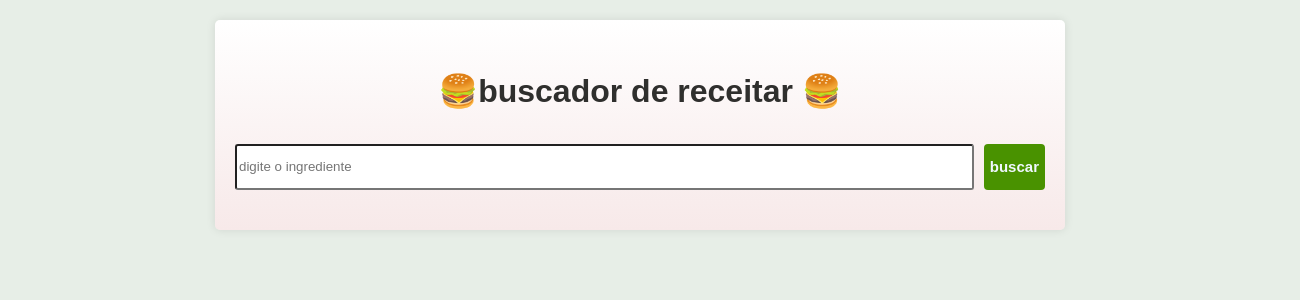
Repository: RoneT9/Receitas
Page: receita.html
An editor plug-in stored every save of this project. The page is shown before and after the next save, followed by the edit.
The browser window is 1280 px wide. The page is 1280 px wide, then 1300 px, so the pictures cover 1300 px, including what lies to the right of the window. The pictures show the whole page.

Above is the page before, as saved 2026-02-09 22:29:22.

### receita.html
<!doctype html>
<html lang="en">
  <head>
    <meta charset="UTF-8" />
    <meta name="viewport" content="width=device-width, initial-scale=1.0" />
    <link rel="stylesheet" href="receita.css" />
    <title>Document</title>
  </head>
  <body>
    <main class="container">
      <h1>buscador de receitar</h1>
      <form class="search-form">
        <input type="text" placeholder="digite o ingrediente" class="seach-ipunt" />
        <button class="btn" type="submit">buscar</button>
      </form>
      <div class="loading"></div>
      <div class="recipe-list"></div>
      <div class="recipe- details"></div>
    </main>
  </body>
  <script src="receita.js"></script>
</html>

### receita.css
body {
  margin: 0;
  padding: 20px;
  line-height: 1.9;
  font-family: sans-serif;
  background-color: rgb(231, 238, 231);
}

.container {
  background: linear-gradient(to top, rgb(247, 233, 233), white);
  max-width: 810px;
  margin: 0 auto;
  padding: 20px;
  box-shadow: 0 0 10px rgba(0, 0, 0, 0.1);
  border-radius: 5px;
}

h1 {
  color: rgb(47, 47, 45);
  text-align: center;
}

.search-form {
  display: flex;
  gap: 10px;
  margin-bottom: 20px;
}

.seach-ipunt {
  flex: 1;
  height: 28px;
  outline: none;
  border-radius: 3px;
  height: 40px;
}

.seach-ipunt:focus {
  background-color: rgb(221, 219, 217);
}

.btn {
  padding: 10px 20;
  background-color: rgb(73, 146, 0);
  cursor: pointer;
  border-radius: 4px;
  border: none;
  color: aliceblue;
  font-weight: 600;
  font-size: 15px;
  transition: 0.5s ease-out;
}

.btn:hover {
  background-color: rgb(94, 173, 14);
}

.btn:active {
  transform: scaleX(1.2);
}

h1::before {
  content: "🍔";
  color: brown;
}

h1::after {
  content: " 🍔";
  color: brown;
  object-fit: fill;
}

.recipe-card {
  border: 1px solid #decfcf;
  border-radius: 5px;
  text-align: center;
  cursor: pointer;
  transition: 0.05s;
  width: 400px;
}

img {
  margin: 30px;
  width: 60%;
  height: 250px;
  object-fit: cover;
  border-radius: 5px;
  box-shadow: 0 0 10px rgba(0, 0, 0, 0.1);
  transition: 02s;
}

img:hover {
  transform: scaleX(1.1);
  transform: scaleY(1.1);
}

.recipe-list {
  display: grid;
  grid-template-columns: repeat(auto-fill, minmax(200px, 1fr));
  gap: 3px;
}

### receita.js
//ALGORITMOS

//Saber quando o usuario clicou na receita
//Busca informaçães da receita individual na API
//Colocar a receita individualna tela

//Pegar a informação do input , quando o botão for clicado
const input = document.querySelector(".seach-ipunt");
const form = document.querySelector(".search-form");
const recipelist = document.querySelector(".recipe-list");

form.addEventListener("submit", (e) => {
  e.preventDefault();
  const inputValue = e.target[0].value;
  seachRecipes(inputValue);
});

//Ir ate a API , trazer as receitas
async function seachRecipes(ingredient) {
  const response = await fetch(`https://www.themealdb.com/api/json/v1/1/filter.php?i=${ingredient}`);
  const data = await response.json();
  showRecipe(data.meals);
}

//Colocar as receitas na tela
function showRecipe(recipes) {
  recipelist.innerHTML = recipes
    .map(
      (item) =>
        `
    <div class ="recipe-card">
    <img src = "${item.strMealThumb}" alt = "recipe-photo">
    <h3>${item.strMeal}</h3>
    </div>
    <br/>
    `,
    )
    .join("");
}

After the next save:
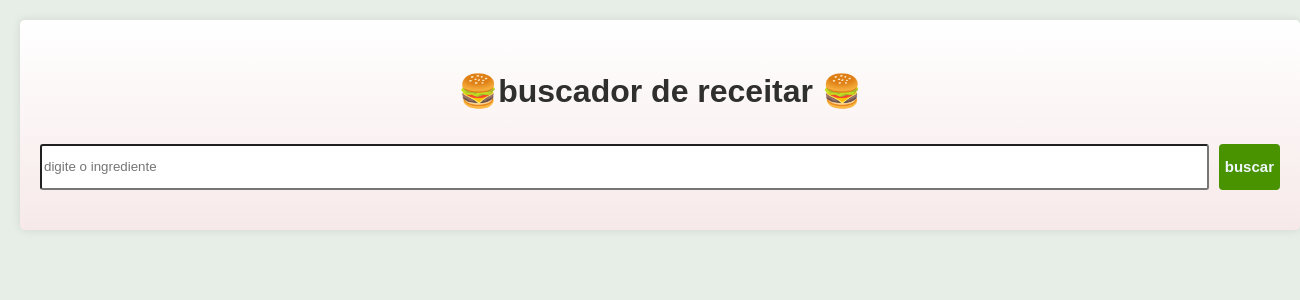
Saved 46 s later.
--- a/receita.css
+++ b/receita.css
@@ -8,7 +8,7 @@ body {
 
 .container {
   background: linear-gradient(to top, rgb(247, 233, 233), white);
-  max-width: 810px;
+  width: 100%;
   margin: 0 auto;
   padding: 20px;
   box-shadow: 0 0 10px rgba(0, 0, 0, 0.1);
